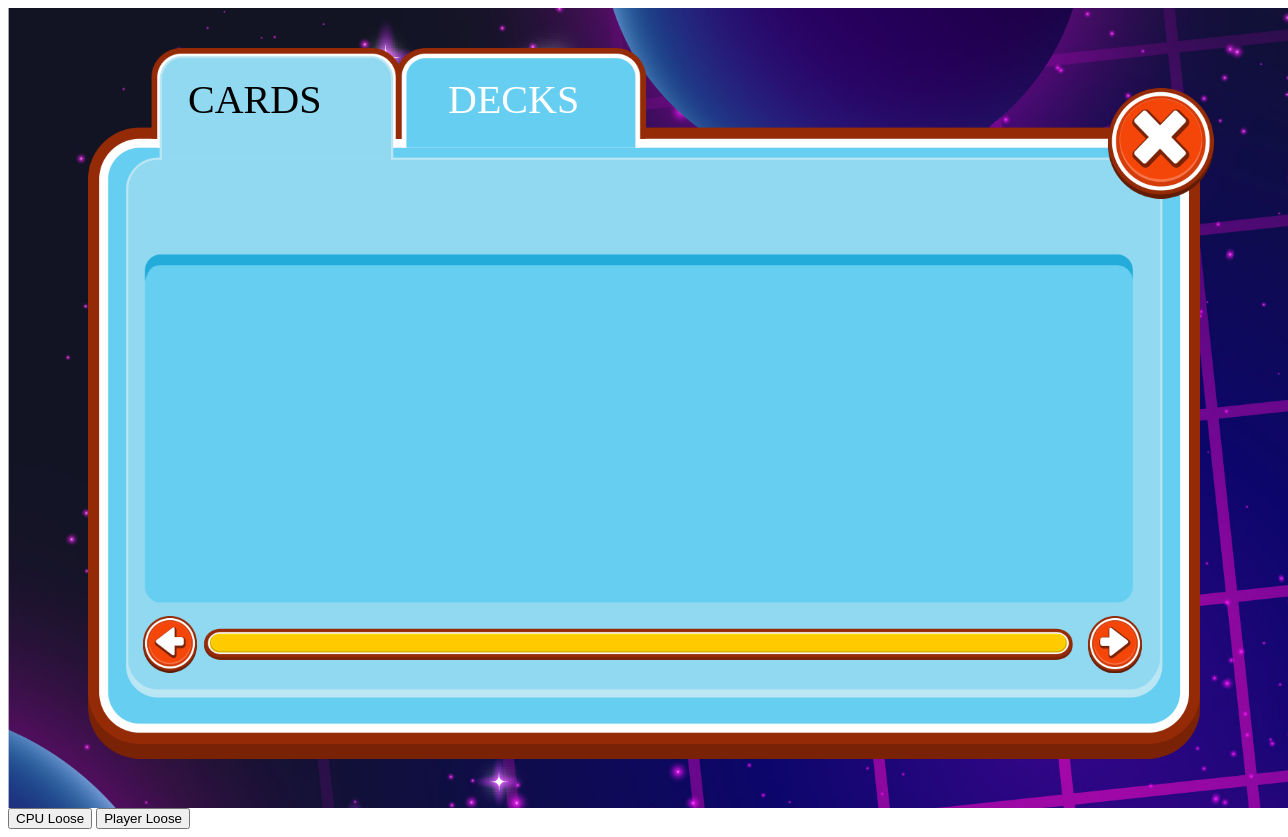
Repository: getvoiceagency/html5
Page: progress.html
The author's editor kept a record of every edit. The page is drawn from the files as they stood at one moment, then again after the next edit.
The browser window is 1280 px wide. The page is 1288 px wide, so the pictures cover 1288 px, including what lies to the right of the window. The pictures show the whole page.
Some web fonts or font styles are not loaded; a fallback is used. Some web libraries are served in a nearby version.

Above is the page before.

After the next edit:
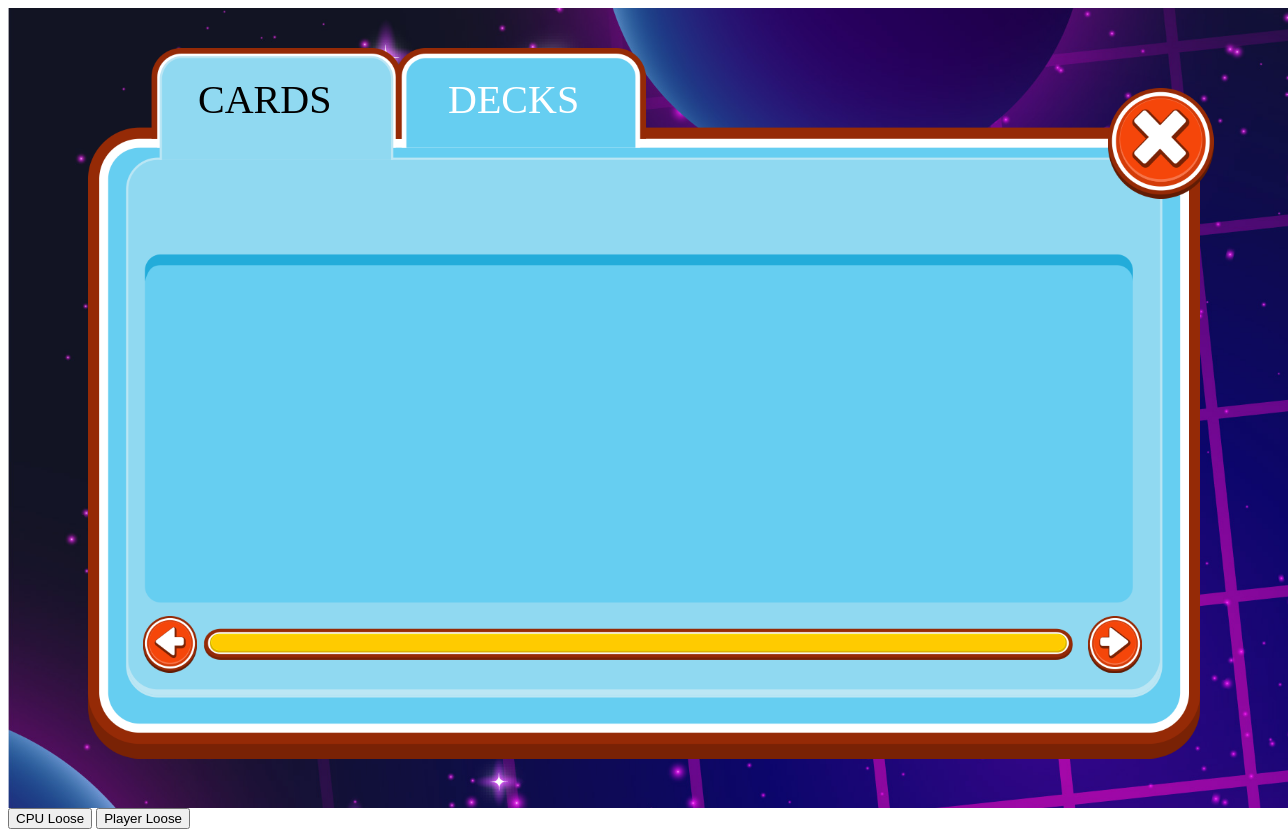
The edit:
--- a/progress.html
+++ b/progress.html
@@ -129,7 +129,7 @@
         // position card text
     cardText.anchor.x = 0;
     cardText.anchor.y = 0;
-    cardText.position.x = 180;
+    cardText.position.x = 190;
     cardText.position.y = 70;
     cardText.scale.x = 1.0;
     cardText.scale.y = 1.0;
